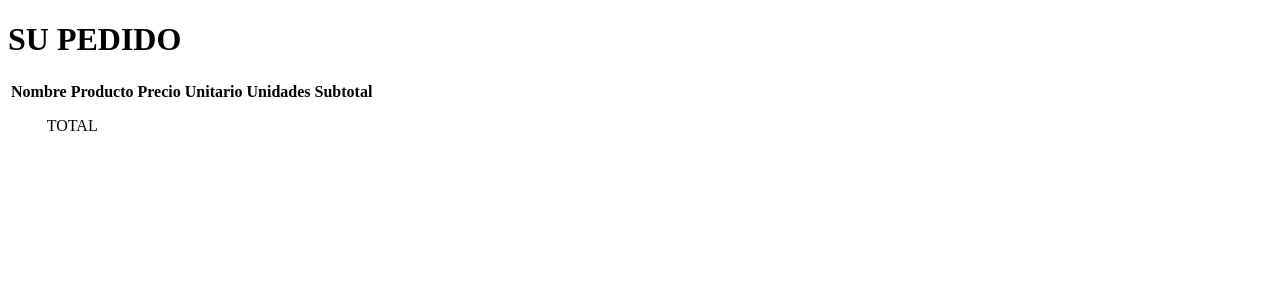
Repository: GonzaDelgado/JavaProjects
Page: modulo_html/WebContent/Tabla.html
An editor plug-in stored every save of this project. The page is shown before and after the next save, followed by the edit.
The browser window is 1280 px wide. The pictures show the whole page.

Above is the page before, as saved 2021-02-06 15:34:02.

After the next save:
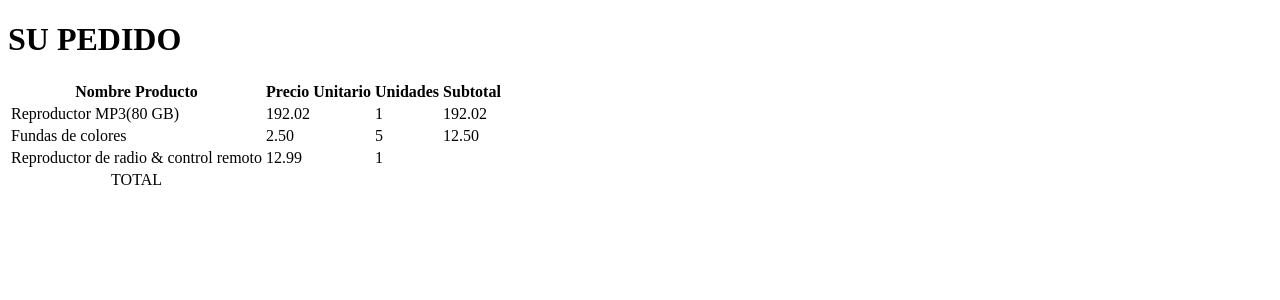
Saved 7 min 7 s later.
--- a/modulo_html/WebContent/Tabla.html
+++ b/modulo_html/WebContent/Tabla.html
@@ -14,21 +14,21 @@
 			<th scope="col">Subtotal </th>
 		</tr>
 		<tr>
-			<td> </td>
-			<td> </td>
-			<td> </td>
-			<td> </td>
+			<td>Reproductor MP3(80 GB) </td>
+			<td> 192.02</td>
+			<td> 1</td>
+			<td> 192.02</td>
 		</tr>
 		<tr>
-			<td> </td>
-			<td> </td>
-			<td> </td>
-			<td> </td>
+			<td> Fundas de colores</td>
+			<td>2.50 </td>
+			<td> 5 </td>
+			<td> 12.50</td>
 		</tr>
 		<tr>
-			<td> </td>
-			<td> </td>
-			<td> </td>
+			<td> Reproductor de radio &amp; control remoto</td>
+			<td> 12.99</td>
+			<td> 1</td>
 			<td> </td>
 		</tr>
 		<tr>
